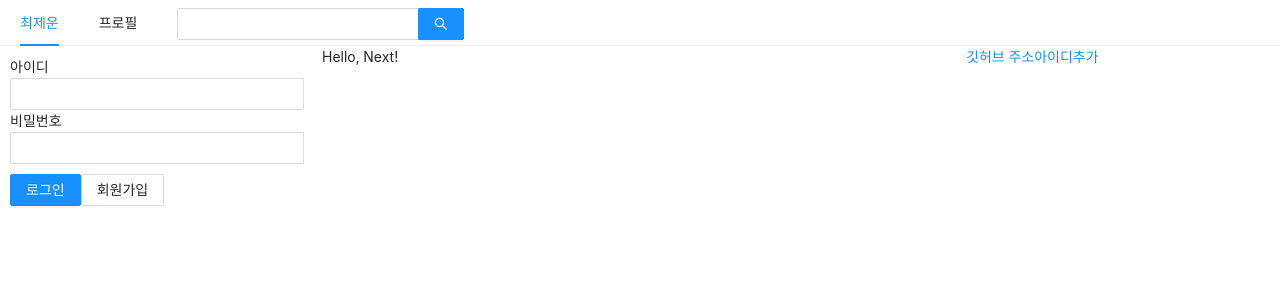
Repository: chlwpdnswku/zerochonext
Page: / (app in front/)
These files come from the project's save history. The page is drawn as it stood at one moment and after the next save; the edit follows.
The browser window is 1280 px wide. The page is 1284 px wide, so the pictures cover 1284 px, including what lies to the right of the window. The pictures show the whole page.
The project was rebuilt for these pictures with package versions that can differ from the ones it lists, and the page was loaded fresh each time. The framework's server and built-in components were replaced by stand-ins that run in the browser. Also part of the build but not shown: front/components/UserProfile.js.

Above is the page before, as saved 2022-08-28 11:04:11.

After the next save:
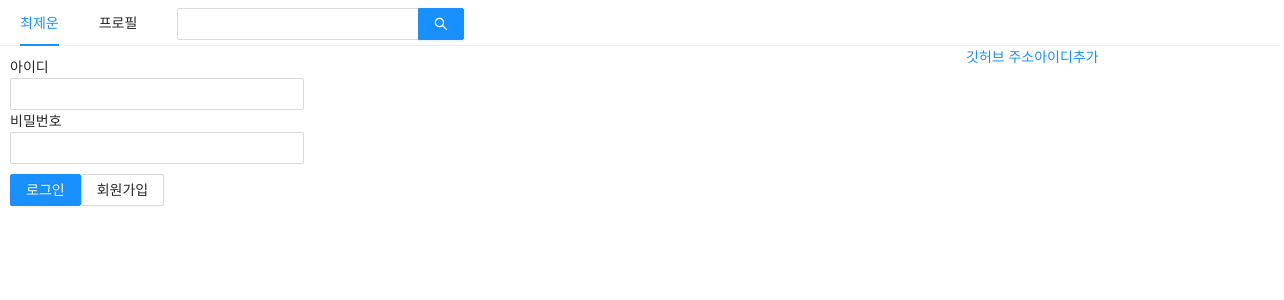
Saved 30 s later.
--- a/front/pages/index.js
+++ b/front/pages/index.js
@@ -7,7 +7,6 @@ const Home = () => (
     <Head>
       <title>NodeBird</title>
     </Head>
-    <div>Hello, Next!</div>
   </AppLayout>
 );
 
